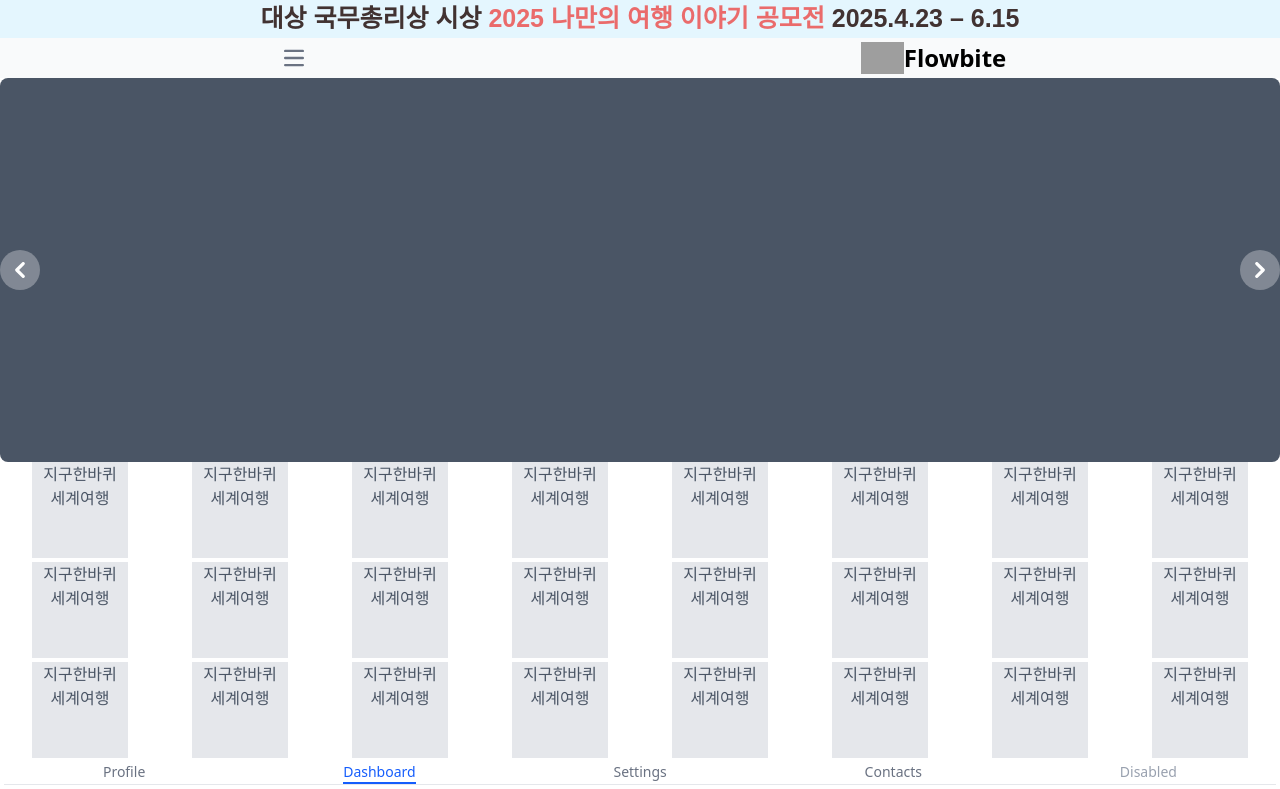
Repository: hyerim1234/travelblog
Page: html/index.html
The author's editor kept a copy of each file at every save. The page is drawn from the files as they stood at one save, then again after the next save.
The browser window is 1280 px wide. The pictures show the whole page.
Pictures or frames that could not be fetched are drawn as grey boxes. Some web fonts or font styles are not loaded; a fallback is used. The style sheet was rebuilt from its Sass, Less or Tailwind sources for each picture, by a compiler version that may differ from the author's.

Above is the page before, as saved 2025-05-19 16:04:12.

### html/index.html
<!DOCTYPE html>
<html lang="en">
<head>
    <meta charset="UTF-8">
    <meta name="viewport" content="width=device-width, initial-scale=1.0">
    <title>여행블로그_250516</title>
    <link rel="stylesheet" href="../css/index.css">
    <link rel="preload" as="font" href="https://fastly.jsdelivr.net/gh/projectnoonnu/noonfonts_2102-01@1.0/RixYeoljeongdo_Regular.woff" type="font/woff" crossorigin>
    <script src="https://cdn.jsdelivr.net/npm/@tailwindcss/browser@4" defer></script>

</head>

<body>
   <!-- 1) 이벤트 배너 -->
  <div id="event-banner">
    <h1>
        대상 국무총리상 시상
        <span >2025 나만의 여행 이야기 공모전</span>
        2025.4.23 – 6.15
    </h1>
  </div>


  <!-- 주 네비게이션 메뉴 -->
  <nav class="border-gray-200 bg-gray-50">
    <div class="max-w-screen-xl flex flex-wrap items-center p-4">

      <!-- <a href="#" class="flex items-center space-x-3 rtl:space-x-reverse">
          <img src="https://flowbite.com/docs/images/logo.svg" class="h-8" alt="Flowbite Logo" />
          <span class="self-center text-2xl font-semibold whitespace-nowrap dark:text-white">Flowbite</span>
      </a> -->

      <button data-collapse-toggle="navbar-hamburger" type="button" class="inline-flex items-center justify-center p-2 w-10 h-10 text-sm text-gray-500 rounded-lg hover:bg-gray-100 focus:outline-none focus:ring-2 focus:ring-gray-200 dark:text-gray-400 dark:hover:bg-gray-700 dark:focus:ring-gray-600" aria-controls="navbar-hamburger" aria-expanded="false">
        <span class="sr-only">Open main menu</span>
        <svg class="w-5 h-5" aria-hidden="true" xmlns="http://www.w3.org/2000/svg" fill="none" viewBox="0 0 17 14">
            <path stroke="currentColor" stroke-linecap="round" stroke-linejoin="round" stroke-width="2" d="M1 1h15M1 7h15M1 13h15"/>
        </svg>
      </button>

        <a href="#" class="flex items-center space-x-3 ">
          <img src="https://flowbite.com/docs/images/logo.svg" class="h-8" alt="Flowbite Logo" />
          <span class="self-center text-2xl font-semibold whitespace-nowrap dark:text-white">Flowbite</span>
        </a>

      <div class="hidden w-full" id="navbar-hamburger">
        <ul class="flex flex-col font-medium mt-4 rounded-lg bg-gray-50 dark:bg-gray-800 dark:border-gray-700">
          <li>
            <a href="#" class="block py-2 px-3 text-white bg-blue-700 rounded-sm dark:bg-blue-600" aria-current="page">Home</a>
          </li>
          <li>
            <a href="#" class="block py-2 px-3 text-gray-900 rounded-sm hover:bg-gray-100 dark:text-gray-400 dark:hover:bg-gray-700 dark:hover:text-white">Services</a>
          </li>
          <li>
            <a href="#" class="block py-2 px-3 text-gray-900 rounded-sm hover:bg-gray-100 dark:text-gray-400 md:dark:hover:text-white dark:hover:bg-gray-700 dark:hover:text-white">Pricing</a>
          </li>
          <li>
            <a href="#" class="block py-2 px-3 text-gray-900 rounded-sm hover:bg-gray-100 dark:text-gray-400 dark:hover:bg-gray-700 dark:hover:text-white">Contact</a>
          </li>
        </ul>
      </div>
    </div>
  </nav>



<main class="py-8">
  <!-- 2) 슬라이더 섹션 -->
  <div id="controls-carousel" class="relative w-full" data-carousel="static">
      <!-- Carousel wrapper -->
      <div class="relative h-56 overflow-hidden rounded-lg md:h-96 bg-gray-600">
          <!-- Item 1 -->
          <div class="hidden duration-700 ease-in-out" data-carousel-item>
              <img src="/docs/images/carousel/carousel-1.svg" class="absolute block w-full -translate-x-1/2 -translate-y-1/2 top-1/2 left-1/2 bg-gray-100" alt="...">
          </div>
          <!-- Item 2 -->
          <div class="hidden duration-700 ease-in-out" data-carousel-item="active">
              <img src="/docs/images/carousel/carousel-2.svg" class="absolute block w-full -translate-x-1/2 -translate-y-1/2 top-1/2 left-1/2" alt="...">
          </div>
          <!-- Item 3 -->
          <div class="hidden duration-700 ease-in-out" data-carousel-item>
              <img src="/docs/images/carousel/carousel-3.svg" class="absolute block w-full -translate-x-1/2 -translate-y-1/2 top-1/2 left-1/2" alt="...">
          </div>
          <!-- Item 4 -->
          <div class="hidden duration-700 ease-in-out" data-carousel-item>
              <img src="/docs/images/carousel/carousel-4.svg" class="absolute block w-full -translate-x-1/2 -translate-y-1/2 top-1/2 left-1/2" alt="...">
          </div>
          <!-- Item 5 -->
          <div class="hidden duration-700 ease-in-out" data-carousel-item>
              <img src="/docs/images/carousel/carousel-5.svg" class="absolute block w-full -translate-x-1/2 -translate-y-1/2 top-1/2 left-1/2" alt="...">
          </div>
      </div>
      <!-- Slider controls -->
      <button type="button" class="absolute top-0 start-0 z-30 flex items-center justify-center h-full px-4 cursor-pointer group focus:outline-none" data-carousel-prev>
          <span class="inline-flex items-center justify-center w-10 h-10 rounded-full bg-white/30 dark:bg-gray-800/30 group-hover:bg-white/50 dark:group-hover:bg-gray-800/60 group-focus:ring-4 group-focus:ring-white dark:group-focus:ring-gray-800/70 group-focus:outline-none">
              <svg class="w-4 h-4 text-white dark:text-gray-800 rtl:rotate-180" aria-hidden="true" xmlns="http://www.w3.org/2000/svg" fill="none" viewBox="0 0 6 10">
                  <path stroke="currentColor" stroke-linecap="round" stroke-linejoin="round" stroke-width="2" d="M5 1 1 5l4 4"/>
              </svg>
              <span class="sr-only">Previous</span>
          </span>
      </button>
      <button type="button" class="absolute top-0 end-0 z-30 flex items-center justify-center h-full px-4 cursor-pointer group focus:outline-none" data-carousel-next>
          <span class="inline-flex items-center justify-center w-10 h-10 rounded-full bg-white/30 dark:bg-gray-800/30 group-hover:bg-white/50 dark:group-hover:bg-gray-800/60 group-focus:ring-4 group-focus:ring-white dark:group-focus:ring-gray-800/70 group-focus:outline-none">
              <svg class="w-4 h-4 text-white dark:text-gray-800 rtl:rotate-180" aria-hidden="true" xmlns="http://www.w3.org/2000/svg" fill="none" viewBox="0 0 6 10">
                  <path stroke="currentColor" stroke-linecap="round" stroke-linejoin="round" stroke-width="2" d="m1 9 4-4-4-4"/>
              </svg>
              <span class="sr-only">Next</span>
          </span>
      </button>
  </div>


  <section>
    <!-- 1. 래퍼: 모바일에서 좌우 스크롤 -->
    <div class="overflow-x-auto">
      <!-- 2. 실제 그리드 -->
      <div class="flex grid-col-8 grid-row-">
        <!-- ==== 1행 ==== -->
        <div class="p-6 text-center size-24 bg-gray-200 ">
          <p class="text-gray-600 text-base">지구한바퀴<br/>세계여행</p>
        </div>

        <div class=" p-6 text-center  size-24 bg-gray-200 ">
          <p class="text-gray-600 text-base">지구한바퀴<br/>세계여행</p>
        </div>

        <div class=" p-6 text-center  size-24 bg-gray-200 ">
          <p class="text-gray-600 text-base">지구한바퀴<br/>세계여행</p>
        </div>

        <div class=" p-6 text-center  size-24 bg-gray-200 ">
          <p class="text-gray-600 text-base">지구한바퀴<br/>세계여행</p>
        </div>

         <div class=" p-6 text-center  size-24 bg-gray-200 ">
          <p class="text-gray-600 text-base">지구한바퀴<br/>세계여행</p>
        </div>

         <div class=" p-6 text-center  size-24 bg-gray-200 ">
          <p class="text-gray-600 text-base">지구한바퀴<br/>세계여행</p>
        </div>

         <div class=" p-6 text-center  size-24 bg-gray-200 ">
          <p class="text-gray-600 text-base">지구한바퀴<br/>세계여행</p>
        </div>

         <div class=" p-6 text-center  size-24 bg-gray-200 ">
          <p class="text-gray-600 text-base">지구한바퀴<br/>세계여행</p>
        </div>
      </div>

      <div class="flex " style="margin: 4px 0px;">
        <!-- ==== 2행 ==== -->
        <div class="p-6 text-center size-24 bg-gray-200 ">
          <p class="text-gray-600 text-base">지구한바퀴<br/>세계여행</p>
        </div>

        <div class=" p-6 text-center  size-24 bg-gray-200 ">
          <p class="text-gray-600 text-base">지구한바퀴<br/>세계여행</p>
        </div>

        <div class=" p-6 text-center  size-24 bg-gray-200 ">
          <p class="text-gray-600 text-base">지구한바퀴<br/>세계여행</p>
        </div>

        <div class=" p-6 text-center  size-24 bg-gray-200 ">
          <p class="text-gray-600 text-base">지구한바퀴<br/>세계여행</p>
        </div>

         <div class=" p-6 text-center  size-24 bg-gray-200 ">
          <p class="text-gray-600 text-base">지구한바퀴<br/>세계여행</p>
        </div>

         <div class=" p-6 text-center  size-24 bg-gray-200 ">
          <p class="text-gray-600 text-base">지구한바퀴<br/>세계여행</p>
        </div>

         <div class=" p-6 text-center  size-24 bg-gray-200 ">
          <p class="text-gray-600 text-base">지구한바퀴<br/>세계여행</p>
        </div>

         <div class=" p-6 text-center  size-24 bg-gray-200 ">
          <p class="text-gray-600 text-base">지구한바퀴<br/>세계여행</p>
        </div>
      </div>

      <div class="flex grid-col-8 grid-row-3">
        <!-- ==== 3행 ==== -->
        <div class="p-6 text-center size-24 bg-gray-200 ">
          <p class="text-gray-600 text-base">지구한바퀴<br/>세계여행</p>
        </div>

        <div class=" p-6 text-center  size-24 bg-gray-200 ">
          <p class="text-gray-600 text-base">지구한바퀴<br/>세계여행</p>
        </div>

        <div class=" p-6 text-center  size-24 bg-gray-200 ">
          <p class="text-gray-600 text-base">지구한바퀴<br/>세계여행</p>
        </div>

        <div class=" p-6 text-center  size-24 bg-gray-200 ">
          <p class="text-gray-600 text-base">지구한바퀴<br/>세계여행</p>
        </div>

         <div class=" p-6 text-center  size-24 bg-gray-200 ">
          <p class="text-gray-600 text-base">지구한바퀴<br/>세계여행</p>
        </div>

         <div class=" p-6 text-center  size-24 bg-gray-200 ">
          <p class="text-gray-600 text-base">지구한바퀴<br/>세계여행</p>
        </div>

         <div class=" p-6 text-center  size-24 bg-gray-200 ">
          <p class="text-gray-600 text-base">지구한바퀴<br/>세계여행</p>
        </div>

         <div class=" p-6 text-center  size-24 bg-gray-200 ">
          <p class="text-gray-600 text-base">지구한바퀴<br/>세계여행</p>
        </div>
      </div>

    </div>
  </section>


  <!-- 요일별 연재 : 탭 기능 -->

    <section class="mt-8" style="margin: 4px;">
      <div class="text-sm font-medium text-center text-gray-500 border-b border-gray-200 dark:text-gray-400 dark:border-gray-700">
        <ul class="flex flex-wrap -mb-px">
            <li class="me-2">
                <a href="#" class="inline-block p-4 border-b-2 border-transparent rounded-t-lg hover:text-gray-600 hover:border-gray-300 dark:hover:text-gray-300">Profile</a>
            </li>
            <li class="me-2">
                <a href="#" class="inline-block p-4 text-blue-600 border-b-2 border-blue-600 rounded-t-lg active dark:text-blue-500 dark:border-blue-500" aria-current="page">Dashboard</a>
            </li>
            <li class="me-2">
                <a href="#" class="inline-block p-4 border-b-2 border-transparent rounded-t-lg hover:text-gray-600 hover:border-gray-300 dark:hover:text-gray-300">Settings</a>
            </li>
            <li class="me-2">
                <a href="#" class="inline-block p-4 border-b-2 border-transparent rounded-t-lg hover:text-gray-600 hover:border-gray-300 dark:hover:text-gray-300">Contacts</a>
            </li>
            <li>
                <a class="inline-block p-4 text-gray-400 rounded-t-lg cursor-not-allowed dark:text-gray-500">Disabled</a>
            </li>
        </ul>
      </div>
    </section>

</main>

  <footer>
    <!-- 저작권, 연락처, 사이트 맵 등의 푸터 콘텐츠 -->
  </footer>
</body>
</html>

### css/index.scss
*{
    margin: 0 auto;
    padding: 0;
    box-sizing: border-box;

}

@font-face {
    font-family: 'GmarketSansMedium';
    src: url('https://fastly.jsdelivr.net/gh/projectnoonnu/noonfonts_2001@1.1/GmarketSansMedium.woff') format('woff');
    font-weight: normal;
    font-style: normal;
}

#event-banner{
    background-color: #e4f6fe;
    > h1{
        text-align: center;
        font-size: 25px;
        font-family: 'GmarketSansMedium', sans-serif;
        font-style: normal;
        font-display: swap;
        font-weight: 900;
        color: #413231;

        >span{
            color:#EA6B6B;
        }
    }
}

After the next save:
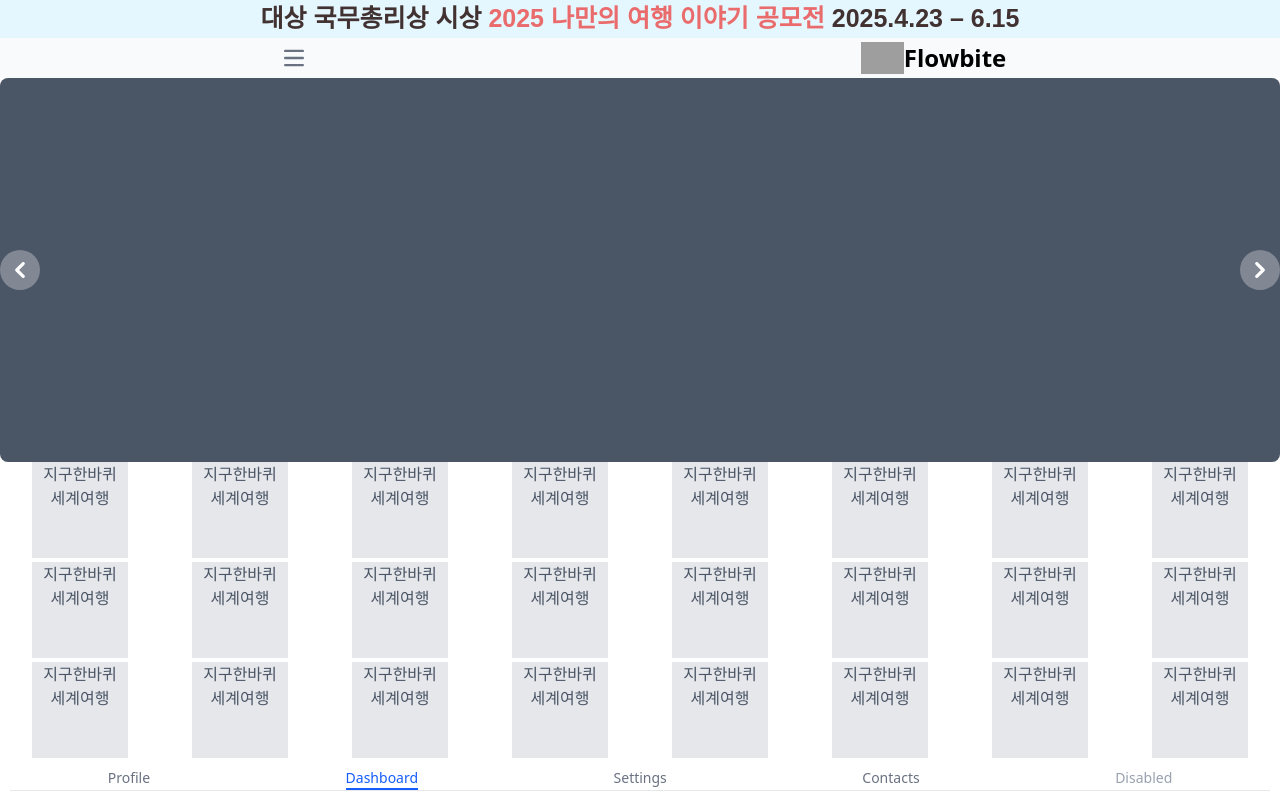
Saved 5 s later.
--- a/html/index.html
+++ b/html/index.html
@@ -224,7 +224,7 @@
 
   <!-- 요일별 연재 : 탭 기능 -->
 
-    <section class="mt-8" style="margin: 4px;">
+    <section class="mt-8" style="margin: 10px;">
       <div class="text-sm font-medium text-center text-gray-500 border-b border-gray-200 dark:text-gray-400 dark:border-gray-700">
         <ul class="flex flex-wrap -mb-px">
             <li class="me-2">
